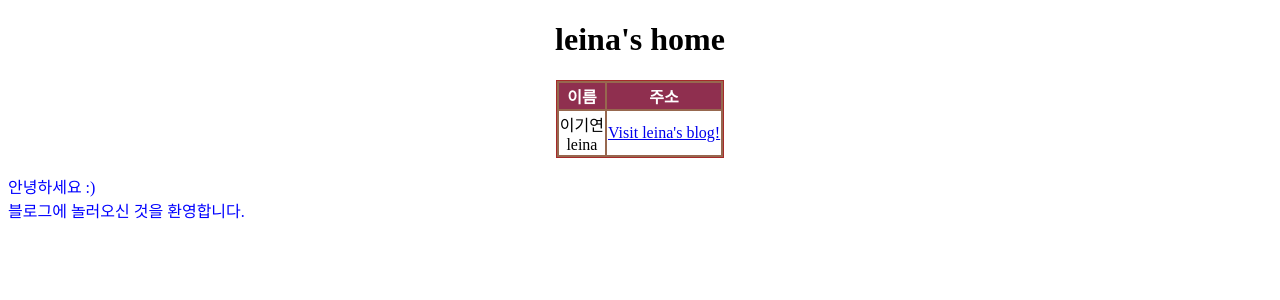
Repository: trapezer84/JSP
Page: http://localhost/ACA_Assignment0203/
The author's editor kept a copy of each file at every save. The page is drawn from the files as they stood at one save, then again after the next save.
The browser window is 1280 px wide. The pictures show the whole page.
The page is served by Tomcat 9.

Above is the page before, as saved 2016-02-03 07:54:37.

After the next save:
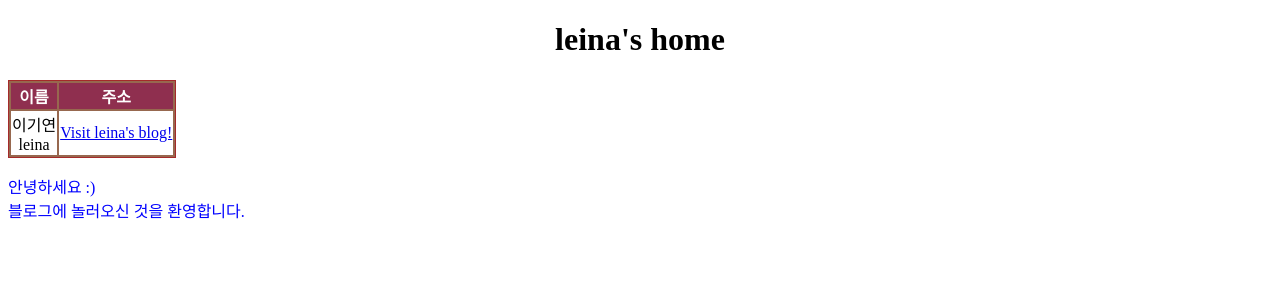
Saved 11 s later.
--- a/ACA_Assignment0203/WebContent/index.jsp
+++ b/ACA_Assignment0203/WebContent/index.jsp
@@ -25,7 +25,7 @@
 <body>
 	<h1 align="center">leina's home</h1>
 
-	<table class="tb1" align="center">
+	<table class="tb1">
 		<tr>
 			<th><span style="color:white">이름</span></th>
 			<th><span style="color:white">주소</span></th>
